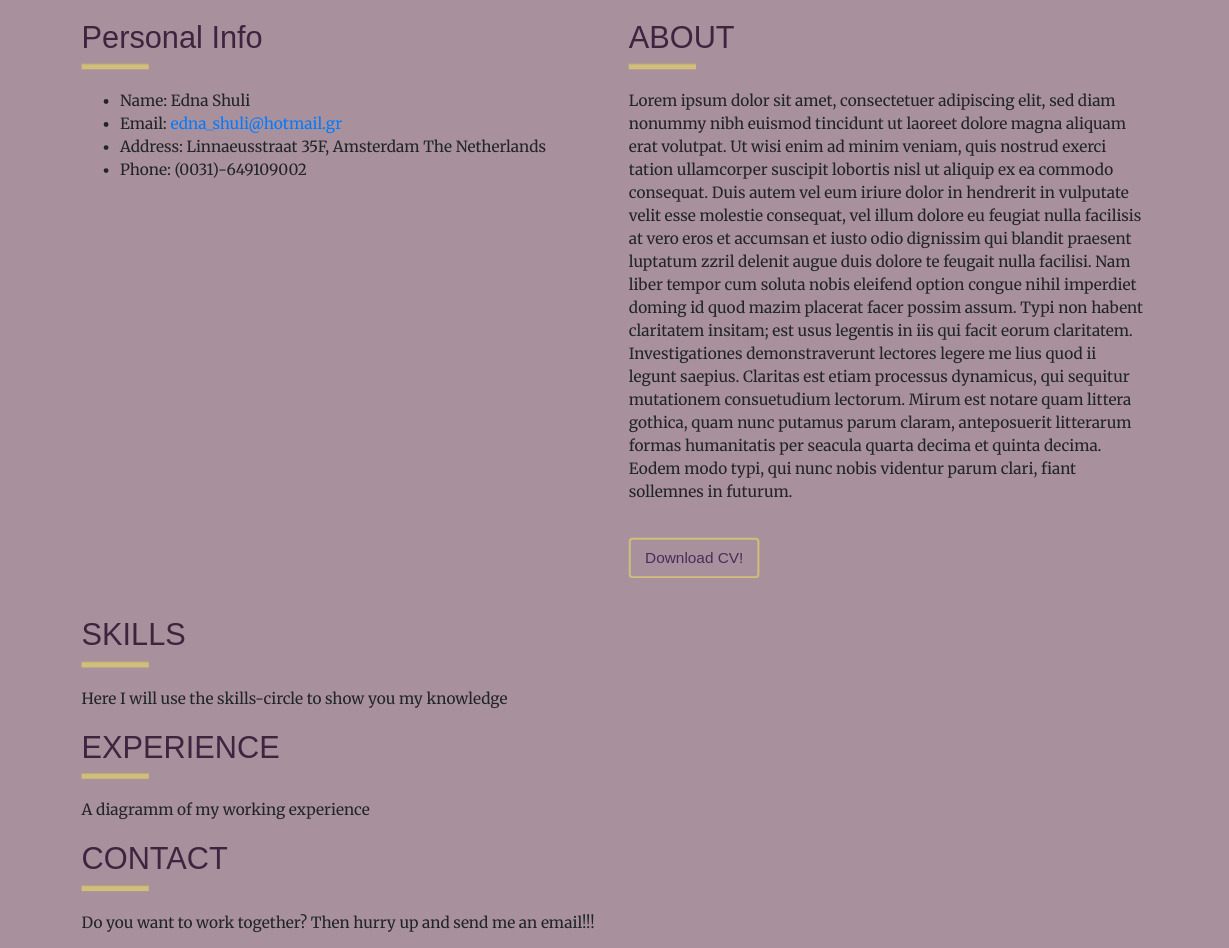
Repository: edshuli/Portfolio
Page: index.html
The author's editor kept a record of every edit. The page is drawn from the files as they stood at one moment, then again after the next edit.
The browser window is 1280 px wide. The pictures show the part of the page from y = 720 to 1708 px (the page is 1708 px tall), at 96% of full size.
Backgrounds fixed to the window are drawn as part of the page. Some web fonts or font styles are not loaded; a fallback is used.

Above is the page before.

### index.html
<!DOCTYPE html>
<html lang="en">

<head>
    <meta charset="UTF-8">
    <meta name="viewport" content="width=device-width, initial-scale=1.0">
    <meta http-equiv="X-UA-Compatible" content="ie=edge">
    <link rel="stylesheet" href="https://stackpath.bootstrapcdn.com/bootstrap/4.3.1/css/bootstrap.min.css" type="text/css" />
    <link rel="stylesheet" href="https://stackpath.bootstrapcdn.com/font-awesome/4.7.0/css/font-awesome.min.css" type="text/css" />
    <link rel="stylesheet" href="https://cdnjs.cloudflare.com/ajax/libs/hover.css/2.3.1/css/hover-min.css" type="text/css" />
    <link rel="stylesheet" href="assets/css/style.css" type="text/css" />
    <title>Edna Shuli - Full Stack Web Developer</title>
</head>

<body>

    <div class="container-fluid navbar-menu">
        <div class="row">
            <div class="col-12">
                <!-- NAVBAR -->
                <nav class="navbar navbar-expand-sm fixed-top navbar-light ">
                    <a href="index.html" class="navbar-brand"><i class="fa fa-home" aria-hidden="true"></i>Ed.Sh</a>
                    <button class="navbar-toggler" type="button" data-toggle="collapse" data-target="#menuDropdown" aria-controls="menuDropdown" aria-expanded="false" aria-label="Toggle navigation">
           <span class="navbar-toggler-icon"></span>
       </button>

                    <div id="menuDropdown" class="navbar-collapse collapse">
                        <ul class="navbar-nav mr-auto">
                            <li><a class="nav-link text-uppercase" href="#">about</a></li>
                            <li><a class="nav-link text-uppercase" href="#">skills</a></li>
                            <li><a class="nav-link text-uppercase" href="#">work</a></li>
                            <li><a class="nav-link text-uppercase" href="#">education</a></li>
                            <li><a class="nav-link text-uppercase" href="#">contact</a></li>
                            <li><a class="nav-link text-uppercase" href="#">cv</a></li>
                        </ul>
                    </div>
            </div>
        </div>
        </nav>
    </div>
    <div class="container-fluid homepage-container ">
        <div class="row">
            <div class="col-12">
                <!--  <div class="opaque-overlay">&nbsp;</div> -->
                <div class="jumbotron ">
                    <h1 class="header">Hi! I'm </br><span class="name">
            Edna Shuli</span></h1>
                    <p class="title">Full Stack Web Developer</p>
                </div>
            </div>
        </div>
    </div>

    <!-- <div class="container-fluid homepage-container"> -->

    <!-- NAVBAR -->
    <!--    <nav class="navbar navbar-light navbar-fixed-top ">
            <div class="navbar-container">
                <button class="navbar-toggler" type="button" data-toggle="collapse" data-target="#menuDropdown" aria-controls="menuDropdown" aria-expanded="false" aria-label="Toggle navigation">
           <span class="navbar-toggler-icon"></span>
       </button>

                <div id="menuDropdown" class="navbar-collapse collapse">
                    <ul class="navbar-nav ">
                        <li><a href="#">home</a></li>
                        <li><a href="#">about</a></li>
                        <li><a href="#">skills</a></li>
                        <li><a href="#">experience</a></li>
                        <li><a href="#">education</a></li>
                        <li><a href="#">contact</a></li>
                        <li><a href="#">cv</a></li>
                    </ul>
                </div>
            </div>
        </nav> -->
    <!-- JUMBOTRON-->

    <!--   <div class="jumbotron jumbotron-fluid "> -->
    <!-- <div class="opaque-overlay">&nbsp;</div> -->
    <!--       <h1 class="header text-uppercase">Hi! I'm </br><span class="name">
            Edna Shuli</span></h1>
            <h2 class="title">Full Stack Web Developer</h2>
        </div>
    </div>
-->




    <!-- ABOUT ME -->
    <section class="aboutme">
        <div class="container aboutme-container">
            <div class="row">
                <div class="col-md-6">
                   <div class="personal-info">
                       <h2 class="uppercase">Personal Info</h2>
                       <hr class="title-divider">
                       <ul>
                           <li>Name: Edna  Shuli</li>
                           <li>Email: <a href="mailto:edna_shhuli@hotmail.gr">edna_shuli@hotmail.gr</a></li>
                           <li>Address: Linnaeusstraat 35F, Amsterdam The Netherlands</li>
                           <li>Phone: (0031)-649109002</li>
                       </ul>
                   </div>
               </div>
                <div class="col-md-6">
                    <h2 class="text-uppercase">About</h2>
                    <hr class="title-divider">
                    <div class="aboutmeitem">
                        <p>Lorem ipsum dolor sit amet, consectetuer adipiscing elit, sed diam nonummy nibh euismod tincidunt ut laoreet dolore magna aliquam erat volutpat. Ut wisi enim ad minim veniam, quis nostrud exerci tation ullamcorper suscipit lobortis
                            nisl ut aliquip ex ea commodo consequat. Duis autem vel eum iriure dolor in hendrerit in vulputate velit esse molestie consequat, vel illum dolore eu feugiat nulla facilisis at vero eros et accumsan et iusto odio dignissim
                            qui blandit praesent luptatum zzril delenit augue duis dolore te feugait nulla facilisi. Nam liber tempor cum soluta nobis eleifend option congue nihil imperdiet doming id quod mazim placerat facer possim assum. Typi non habent
                            claritatem insitam; est usus legentis in iis qui facit eorum claritatem. Investigationes demonstraverunt lectores legere me lius quod ii legunt saepius. Claritas est etiam processus dynamicus, qui sequitur mutationem consuetudium
                            lectorum. Mirum est notare quam littera gothica, quam nunc putamus parum claram, anteposuerit litterarum formas humanitatis per seacula quarta decima et quinta decima. Eodem modo typi, qui nunc nobis videntur parum clari, fiant
                            sollemnes in futurum.</p>
                    </div>
                    <button class="btn">Download CV!</button>
                </div>
            </div>
        </div>
    </section>



    <!-- Skills -->
    <div class="container skills-container">
        <section class="skills">
            <h2 class="text-uppercase">Skills</h2>
            <hr class="title-divider">
            <div class="skillsitem">
                <p>Here I will use the skills-circle to show you my knowledge</p>
            </div>
        </section>
    </div>



    <!-- Experience -->
    <div class="container experience-container">
        <section class="experience">
            <h2 class="text-uppercase">Experience</h2>
            <hr class="title-divider">
            <div class="work-history">
                <p>A diagramm of my working experience</p>
            </div>
        </section>
    </div>




    <!-- Contact -->
    <div class="container contact-container">
        <section class="contact">
            <h2 class="text-uppercase">Contact</h2>
            <hr class="title-divider">
            <div class="contact-info">
                <p>Do you want to work together? Then hurry up and send me an email!!!</p>
            </div>
        </section>
    </div>


    <!-- Download
        <section class="downloadcv">
           <button class="btn">Download CV!</button
        </section>
       -->
    <footer>

    </footer>

    <script src="https://code.jquery.com/jquery-3.3.1.slim.min.js" integrity="sha384-q8i/X+965DzO0rT7abK41JStQIAqVgRVzpbzo5smXKp4YfRvH+8abtTE1Pi6jizo" crossorigin="anonymous"></script>
    <script src="https://cdnjs.cloudflare.com/ajax/libs/popper.js/1.14.7/umd/popper.min.js" integrity="sha384-UO2eT0CpHqdSJQ6hJty5KVphtPhzWj9WO1clHTMGa3JDZwrnQq4sF86dIHNDz0W1" crossorigin="anonymous"></script>
    <script src="https://stackpath.bootstrapcdn.com/bootstrap/4.3.1/js/bootstrap.min.js" integrity="sha384-JjSmVgyd0p3pXB1rRibZUAYoIIy6OrQ6VrjIEaFf/nJGzIxFDsf4x0xIM+B07jRM" crossorigin="anonymous"></script>
</body>


</html>

### assets/css/style.css
@import url('https://fonts.googleapis.com/css?family=Merriweather:100,200,300,400,500,600,700|Playfair+Display:100,200,300,400,500,600,700|Nanum+Gothic:100,200,300,400');

body {
    font-family: "Merriweather", sans-serif;
    background-color: #a9909d;
}


/* ------------------------Button/Download--------------------*/

.btn {
    font: 16px "Playfair", sans-serif;
    color: #472e5a;
    margin: 20px 0px;
    padding: 10px 15px;
    border: 2px solid #d1be7b;
    display: inline-block;
}

/*---------------------HOMEPAGE/JUMBOTRON--------------------*/

.homepage-container {
    height: 100vh;
    background: url(../images/logo1.jpg) no-repeat center center fixed;
    -webkit-background-size: cover;
    -moz-background-size: cover;
    -o-background-size: cover;
    background-size: cover;

    display: flex;
    align-items: center;
    justify-content: center;
}



/*------------------------Jumbotron ---------------------*/

.jumbotron {
    background-color: transparent;
    margin-bottom: 0px;
    padding: 150px 700px 50px 0;
}

.header {
    color: #3e2832;
    font-size: 45px;
    font-weight: 300;
    margin-bottom: 10px;
}


.header {
    font-family: "Playfair", sans-serif;
}

span {
    font-family: "Merriweather", sans-serif;
}

.title {
    font-family: "Playfair", sans-serif;
    border-bottom-width: 1px;
    border-bottom-style: solid;
    border-bottom-color: #4f3943;
    border-top-width: 1px;
    border-top-style: solid;
    border-top-color: #4f3943;
    color: #4f3943;
    font-size: 25px;
    font-weight: 300;
    text-transform: uppercase;
    letter-spacing: 1px;
    padding: 15px 0;
}


/*---------------------------------Navbar ------------*/

.navbar {
    background-color: rgba(0, 0, 0, 0.7);
    overflow: hidden;
    position: fixed;

}

.navbar-menu {
    padding-left: 0;
    padding-right: 0;

}

.navbar-light .navbar-brand {
    letter-spacing: 1px;
    color: #d1be7b;
    font-size: 20px;
    font-weight: bold;

}

.navbar .navbar-nav a {
    font-weight: bold;
    color: #d1be7b;
    letter-spacing: 1px;
    text-decoration: none;
}

.navbar-light .navbar-nav .nav-link {
    color: #d1be7b;
}

.fa-home {
    color: #d1be7b;
}



/*-----------For mobile ------------*/

.navbar-collapse {
    text-align: right;
    display: block;
}

.navbar-toggler {
    line-height: 1;
    background-color: #f8f9fa7a;
    border: 1px solid #fafaf8;
    border-radius: .25rem;
}

/*----------------------------TITLES/HEADERS----------------------------*/

h2 {
    font-family: "Nanum+Gothic", sans-serif;
    color: #3f2440;
    background-color: transparent;
    margin-top:20px;
}

.title-divider{
    width: 70px;
    height: 5px;
    background-color: #d1be7b;
    margin: 0 0 20px 0;
}
.aboutme-container {}

.skills-container {}

.experience-container {}


.contact-container {}


/*------------------ MEDIA QUERRIES--------------*/

@media (max-width: 992px) {
    .homepage-container {
        background-attachment: scroll;
    }
}

/*
@media (min-width:768px){
    .jumbotron{
        padding-top:48px;
        padding-bottom:48px;
    }
}

*/

/*
.logo{
    background: url(../images/logo.jpg);
    background-position: center;
    background-repeat: no-repeat;
    background-size: cover;
    height: 300px;
    width: 200px;
}
.menucontainer{
  height: 100%;
  width: 200px;
  position: fixed;
  z-index: 1;
  top: 0;
  left: 0;
  background-color:rgba(105,52,102,1.3);
  overflow-x: hidden;
  padding-top: 250px;

}

.menuitem {
  padding: 6px 6px 6px 10px;
  text-decoration: none;
  font-size: 14px;
  color: #e5c54b;
  display: block;
  text-transform: uppercase;
}


*/

After the next edit:
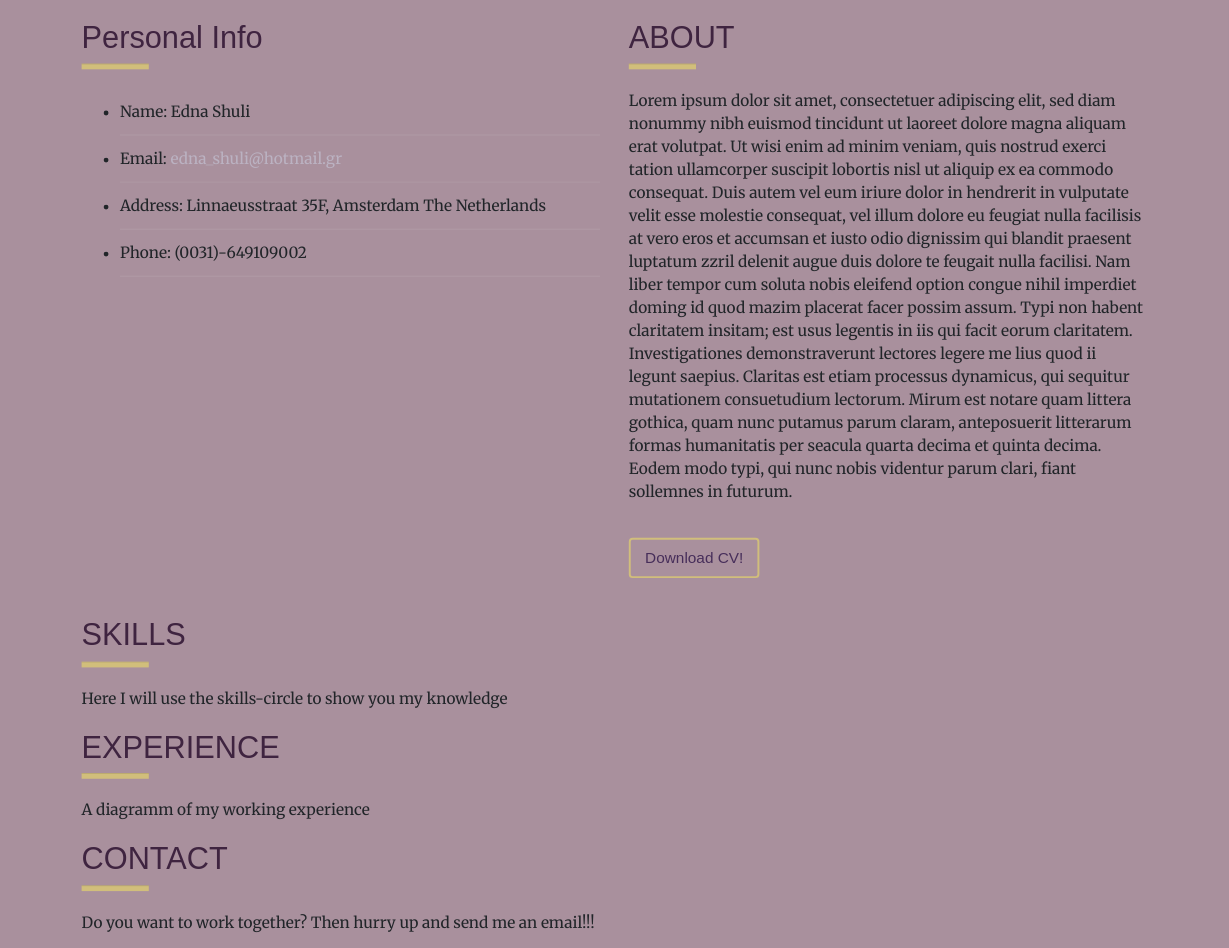
The edit:
--- a/assets/css/style.css
+++ b/assets/css/style.css
@@ -144,6 +144,16 @@
     background-color: #d1be7b;
     margin: 0 0 20px 0;
 }
+
+/*--------------------------ABOUT ME-------------------*/
+
+a{
+    color: #bbb2c2;
+    text-decoration: none;
+}
+.personal-info ul li {
+    border-bottom: 1px solid rgba(235, 235, 235, 0.1);
+    padding: 12px 0;
 .aboutme-container {}
 
 .skills-container {}
